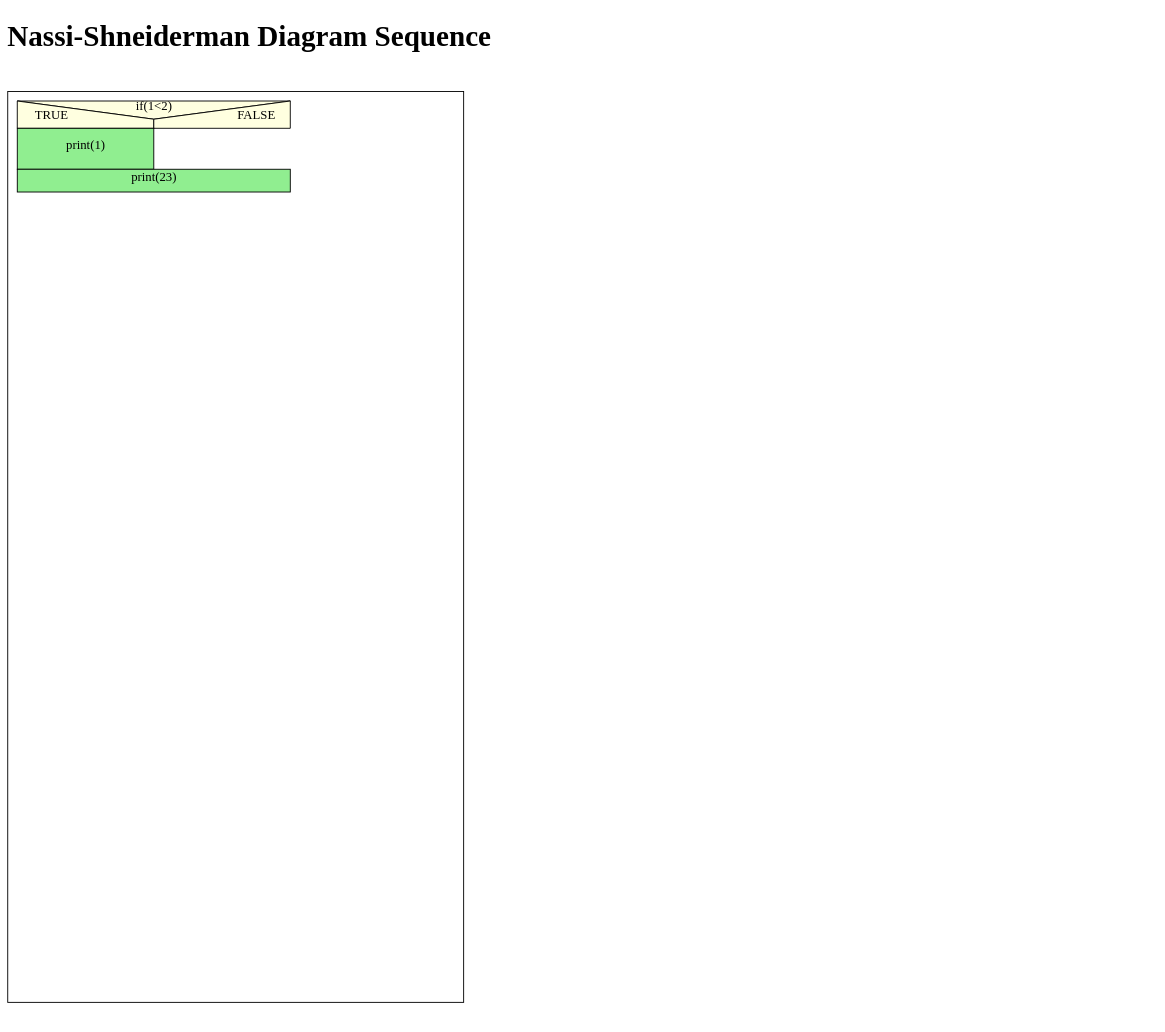
Repository: fabsch225/Nassi-Shneiderman-Compiler
Page: demo.html
An editor plug-in stored every save of this project. The page is shown before and after the next save, followed by the edit.
The browser window is 1280 px wide. The pictures show the whole page, at 91% of full size.

Above is the page before, as saved 2024-05-15 23:33:56.

After the next save:
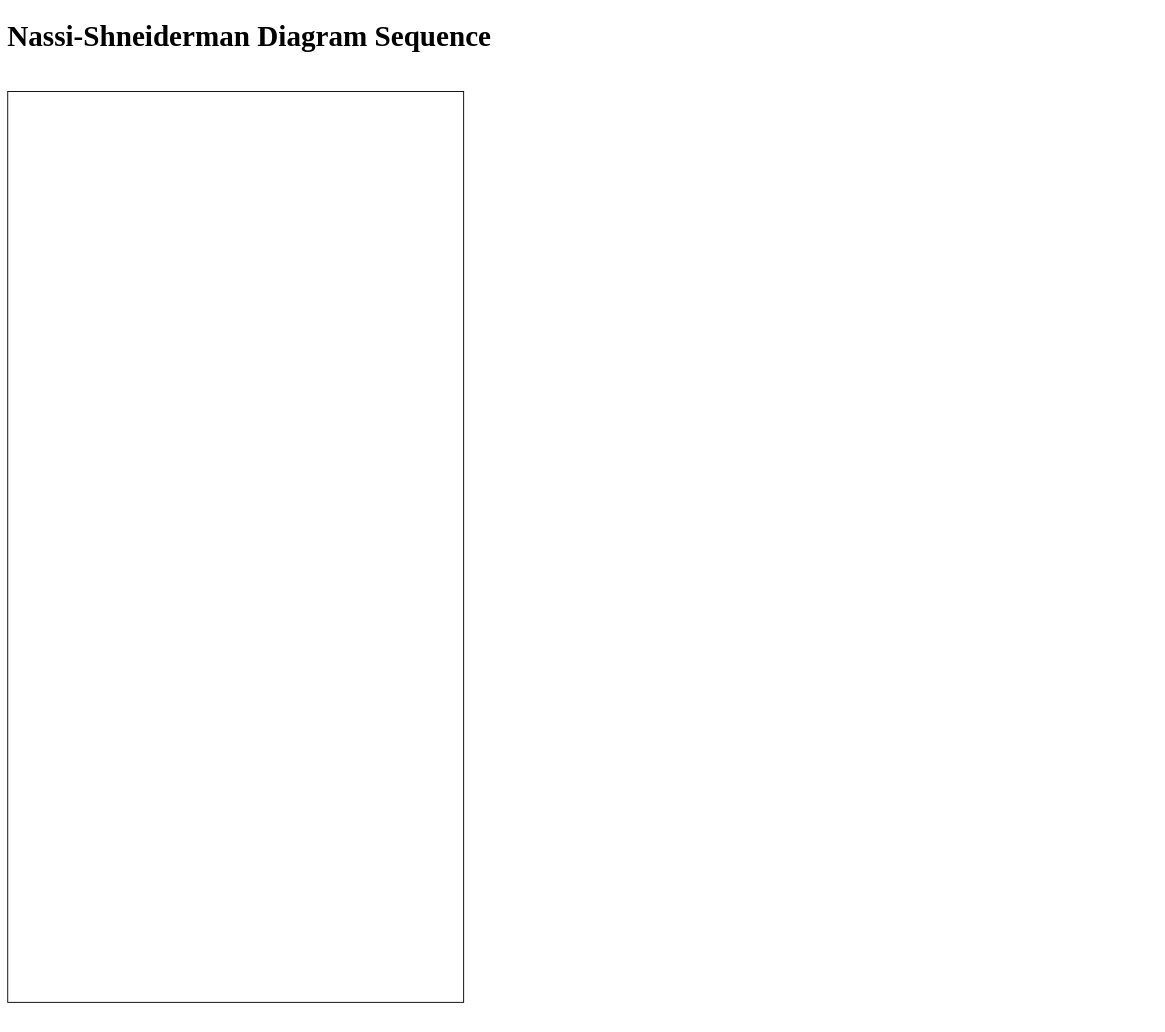
Console error: ReferenceError: h is not defined
Saved 16 s later.
--- a/src/converter.js
+++ b/src/converter.js
@@ -1,7 +1,7 @@
 function convert(x, y, width, height, tree) {
     console.log("Converting ", tree)
     let svgAppendix = ''
-    let h = height / tree.length
+    //let h = height / tree.length
     let current_y = y
     for (let block of tree) {
         if (block.type == 0) { // sequential statement - function call
